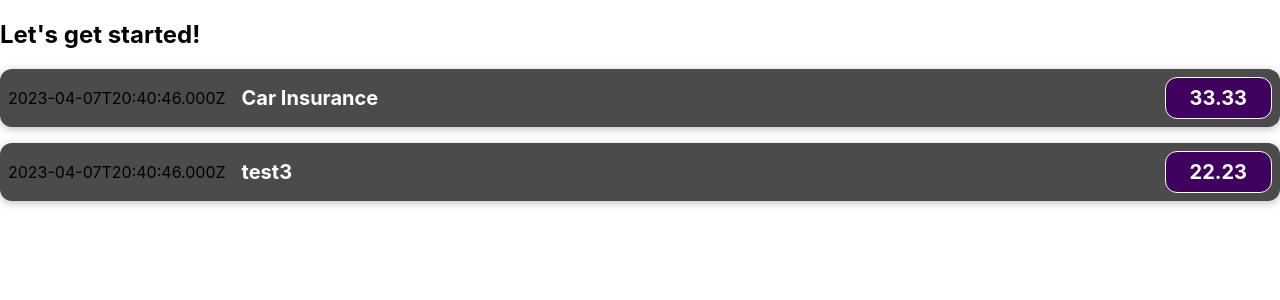
Repository: andresmazza/react-lesson
Page: /
An editor plug-in stored every save of this project. The page is shown before and after the next save, followed by the edit.
The browser window is 1280 px wide. The pictures show the whole page.
The project was rebuilt for these pictures with package versions that can differ from the ones it lists, and the page was loaded fresh each time. Also part of the build but not shown: src/App.css.

Above is the page before, as saved 2023-04-07 23:41:18.

After the next save:
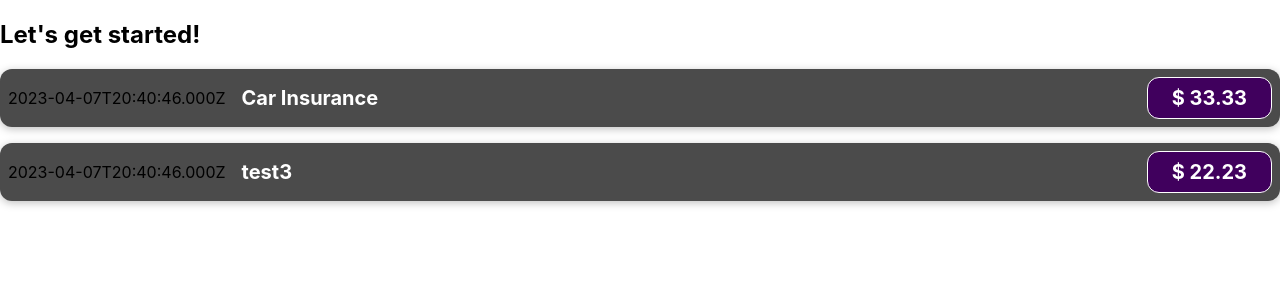
Saved 14 s later.
--- a/src/components/ExpenseItem.js
+++ b/src/components/ExpenseItem.js
@@ -11,7 +11,7 @@ function ExpenseItem(props) {
         <div>{props.date.toISOString()}</div>
         <div className='expense-item__description'>
             <h2>{props.title}</h2>
-            <div className='expense-item__price'>{props.amount}</div>
+            <div className='expense-item__price'>$ {props.amount}</div>
         </div>
       </div>
     );
